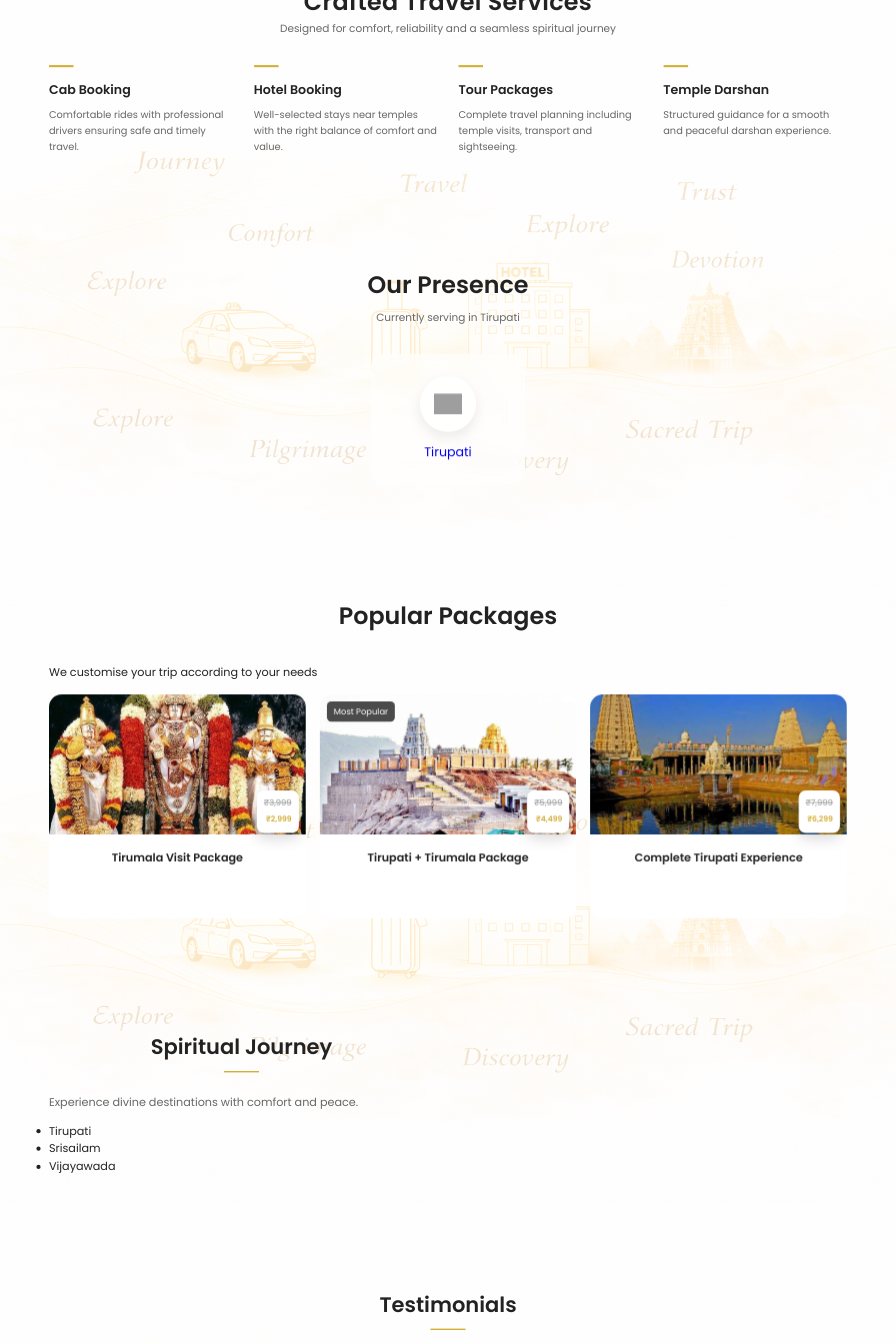
Repository: heytirupati/Bookingweb
Page: index.html
The author's editor kept a copy of each file at every save. The page is drawn from the files as they stood at one save, then again after a run of saves.
The browser window is 1280 px wide. The pictures show the part of the page from y = 840 to 2760 px (the page is 3289 px tall), at 70% of full size.
Pictures or frames that could not be fetched are drawn as grey boxes. Backgrounds fixed to the window are drawn as part of the page.

Above is the page before, as saved 2026-03-28 12:36:44.

After the next 3 saves:
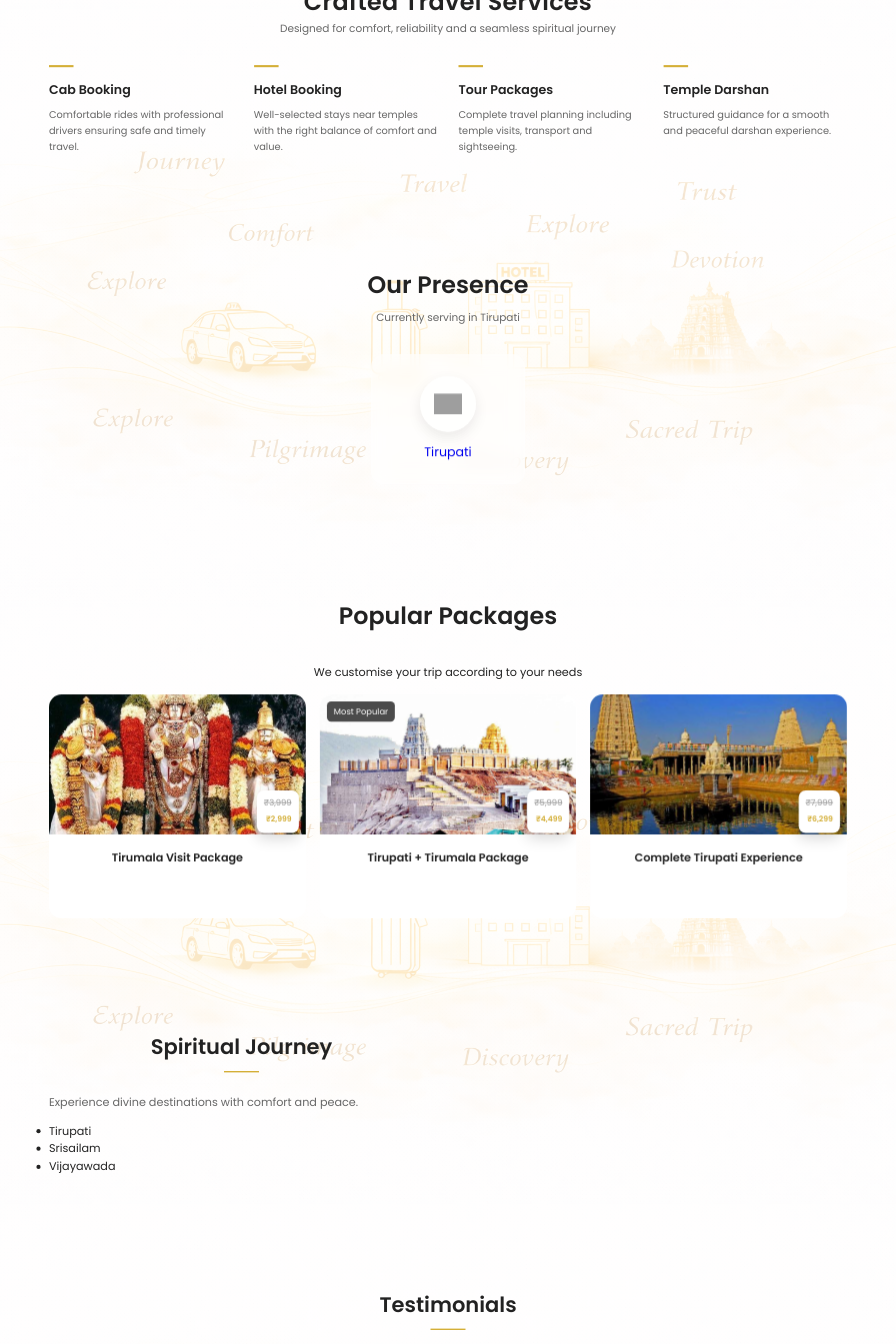
The 3 saves are shown as one change because they came seconds apart.
The last was saved 11 s later.
--- a/index.html
+++ b/index.html
@@ -149,7 +149,7 @@
         <div class="section-header">
             <h2 class="packages-title">Popular Packages</h2>
         </div>
-        <p class="package-subtext" >
+        <p class="package-subtext" style="text-align: center;">
     We customise your trip according to your needs
 </p>
 
